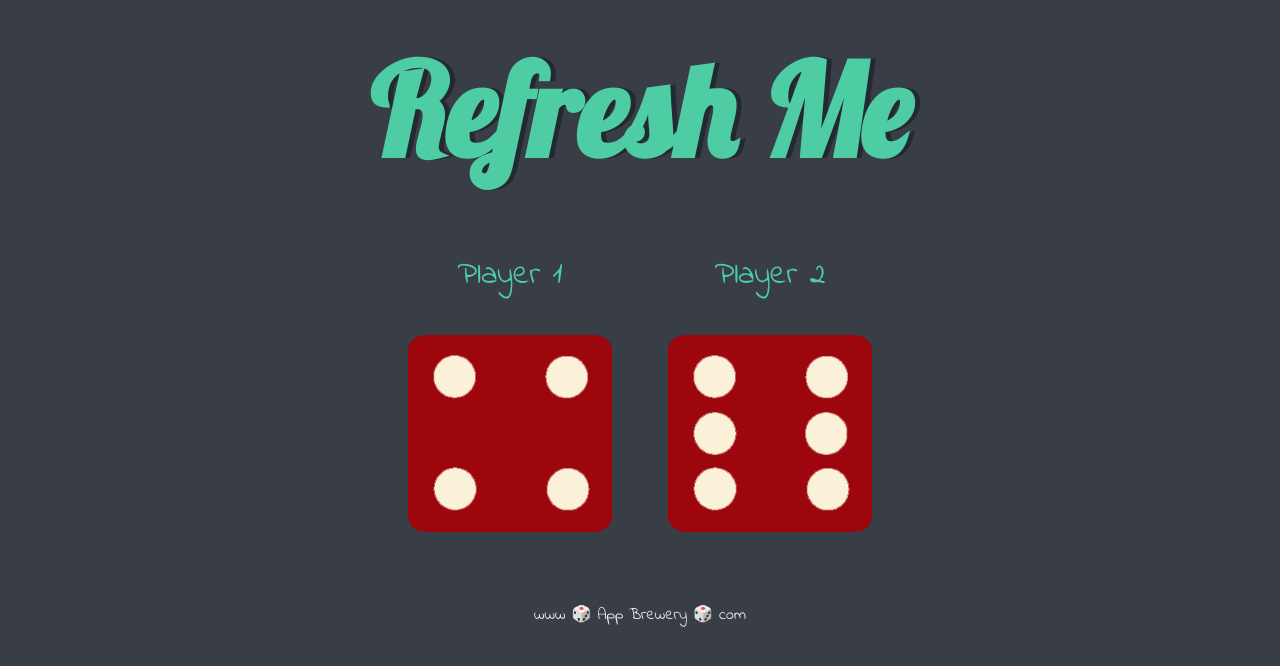
Repository: miaaow42/dice-play
Page: dicee.html
These files come from the project's save history. The page is drawn as it stood at one moment and after the next save; the edit follows.
The browser window is 1280 px wide. The pictures show the whole page.

Above is the page before, as saved 2022-06-29 22:58:25.

### dicee.html
<!DOCTYPE html>
<html lang="en" dir="ltr">
  <head>
    <meta charset="utf-8">
    <title>Dice</title>
    <link rel="stylesheet" href="styles.css">
    <link href="https://fonts.googleapis.com/css?family=Indie+Flower|Lobster" rel="stylesheet">

  </head>
  <body>

    <div class="container">
      <h1>Refresh Me</h1>

      <div class="dice">
        <p>Player 1</p>
        <img class="img1" id="img1" src="images/dice6.png">
      </div>

      <div class="dice">
        <p>Player 2</p>
        <img class="img2" id="img2" src="images/dice6.png">
      </div>

    </div>

    <script src="index.js"></script>
  </body>

  <footer>
    www 🎲 App Brewery 🎲 com
  </footer>
</html>

### index.js
let randomNumber1 = Math.floor(Math.random()*6)+1;

let randomNumber2 = Math.floor(Math.random()*6)+1;

window.onload = function changeImgs1(){
    let img = document.getElementById("img1")
    if(randomNumber1 === 1){
        img.src = 'images/dice1.png';
    }
    else if (randomNumber1 === 2){
        img.src = 'images/dice2.png';
    }
    else if (randomNumber1 === 3){
        img.src = 'images/dice3.png';
    }
    else if (randomNumber1 === 4){
        img.src = 'images/dice4.png';
    }
    else if (randomNumber1 === 5){
        img.src = 'images/dice5.png';
    }
    else {
        img.src = 'images/dice6.png';
    }
}

window.onload = function changeImgs2(){
    let img = document.getElementById("img1")
    if(randomNumber2 === 1){
        img.src = 'images/dice1.png';
    }
    else if (randomNumber2 === 2){
        img.src = 'images/dice2.png';
    }
    else if (randomNumber2 === 3){
        img.src = 'images/dice3.png';
    }
    else if (randomNumber2 === 4){
        img.src = 'images/dice4.png';
    }
    else if (randomNumber2 === 5){
        img.src = 'images/dice5.png';
    }
    else {
        img.src = 'images/dice6.png';
    }
}

console.log(randomNumber1);

Loaded but not shown: styles.css (common file)

After the next save:
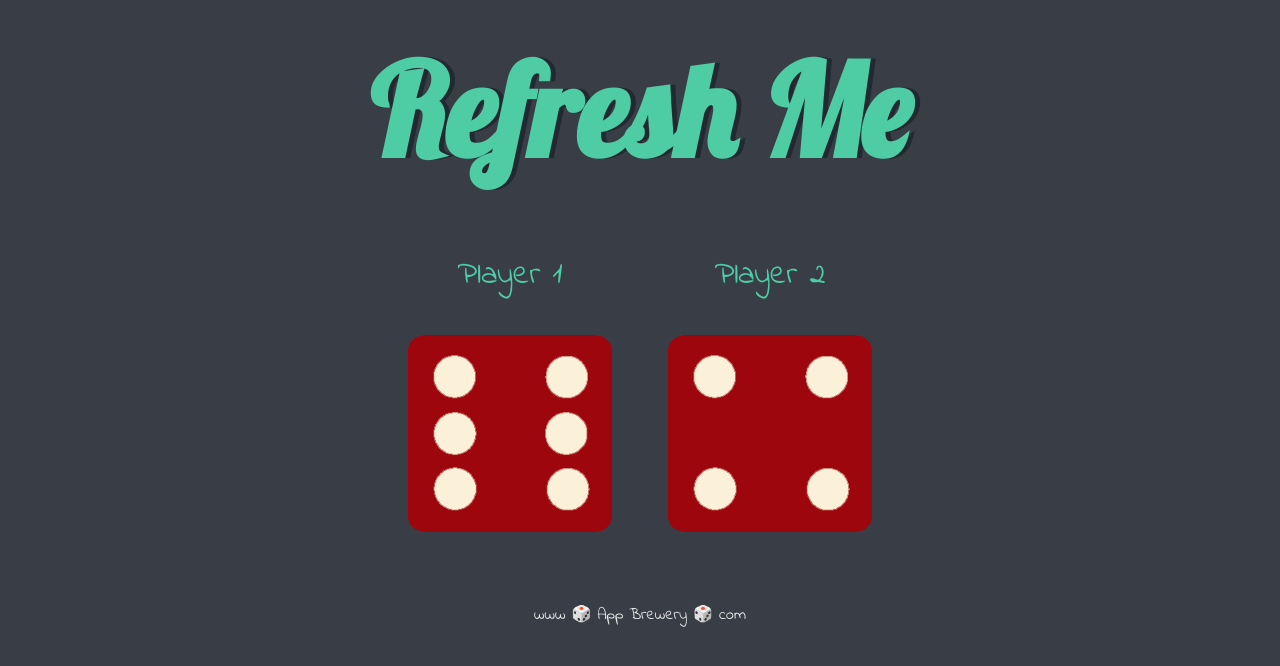
Saved 4 s later.
--- a/index.js
+++ b/index.js
@@ -25,7 +25,7 @@ window.onload = function changeImgs1(){
 }
 
 window.onload = function changeImgs2(){
-    let img = document.getElementById("img1")
+    let img = document.getElementById("img2")
     if(randomNumber2 === 1){
         img.src = 'images/dice1.png';
     }
